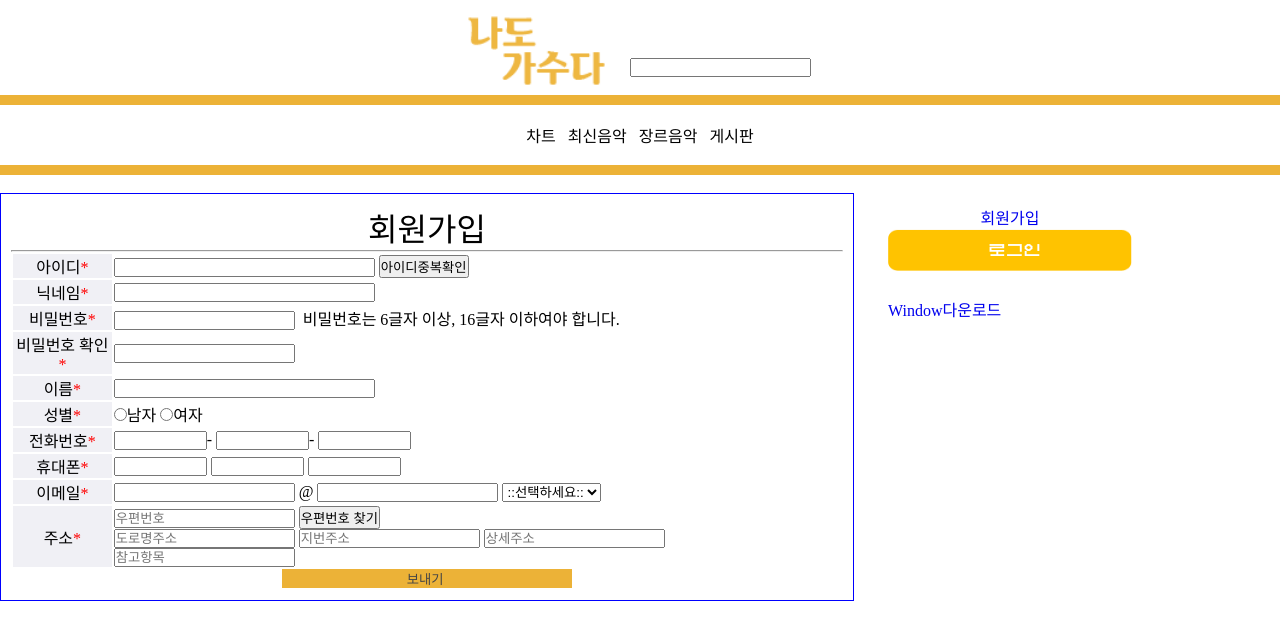
Repository: Ea-Bell/GraduationPortfolio
Page: http://localhost/WebTest/webTest/View/login/signUp.jsp
An editor plug-in stored every save of this project. The page is shown before and after the next save, followed by the edit.
The browser window is 1280 px wide. The pictures show the whole page.
The page is served by Tomcat 9. Nobody is signed in. The application's start-up code is not run.

Above is the page before, as saved 2020-09-23 14:24:27.

After the next save:
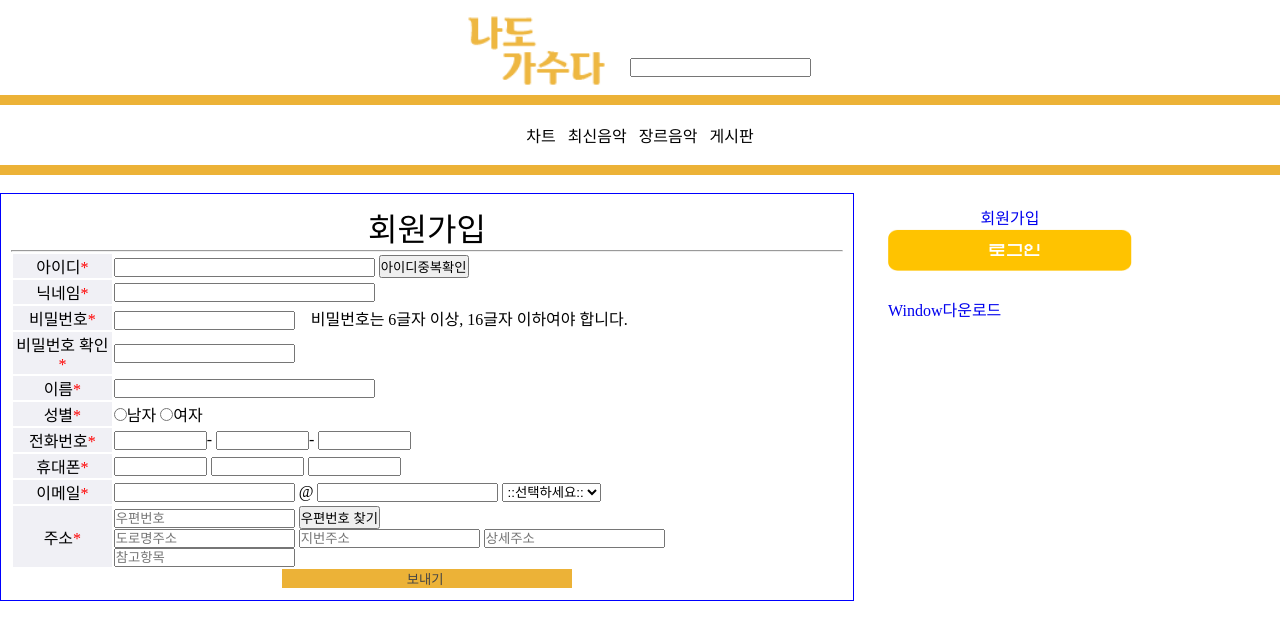
Saved 7 min 0 s later.
--- a/WEB_Server/WebTest/WebContent/webTest/View/login/signUp.jsp
+++ b/WEB_Server/WebTest/WebContent/webTest/View/login/signUp.jsp
@@ -82,7 +82,7 @@
 							test="${errors.nickname }">닉네임을 입력하시오.</c:if></td>
 				</tr>
 
-<!-- 				<tr>
+				<tr>
 					<td align="center" id="iColor">비밀번호<span id="iSpan">*</span></td>
 					<td><input type="password" name="wUserPW" id="pw" onchange="pwErrorCheck()" />&nbsp; &nbsp;
 					<span>비밀번호는 6글자 이상, 16글자 이하여야 합니다.</span>
@@ -94,9 +94,9 @@
 				<font id="chkNotice"size="1"></font>
 					</td>
 
-				</tr> -->
-
-			<tr>
+				</tr>
+
+<!-- 			<tr>
 					<td align="center" id="iColor">비밀번호<span id="iSpan">*</span></td>
 					<td><input type="password" name="pw" id="pw" onchange="pwErrorCheck()" />&nbsp;
 					<span>비밀번호는 6글자 이상, 16글자 이하여야 합니다.</span>
@@ -107,7 +107,7 @@
 					<td><input type="password" name="pwCheck" id="pwCheck" oninput="isSame()"/>&nbsp;
 					<span id="check"></span>
 					</td>
-				</tr>
+				</tr>  -->
 
 
 
@@ -118,7 +118,7 @@
 					</td>
 				</tr>
 
-							<!-- 성별에서 디비 오류남 -->
+
 				<tr>
 					<td align="center" id="iColor">성별<span id="iSpan">*</span></td>
 					<td><input type="radio" name="gender" value="남">남자 <input
